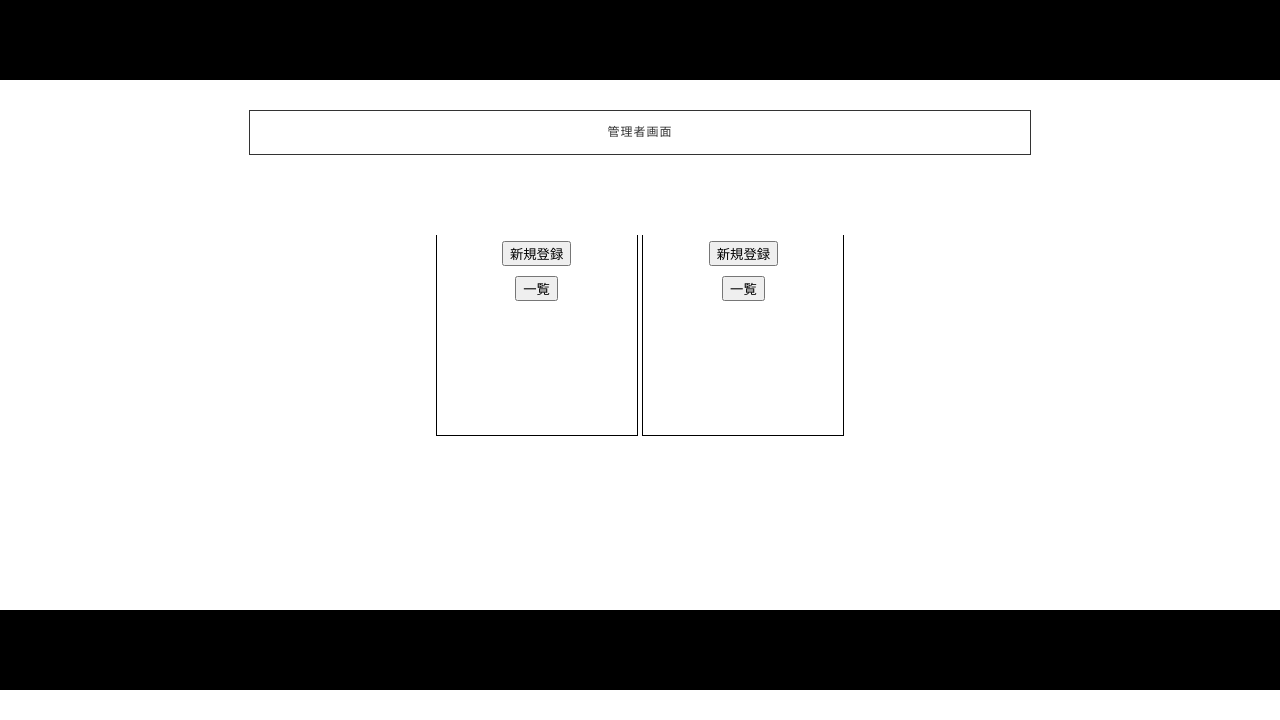
Repository: hiraide8/test
Page: http://localhost/ecsite/admin.jsp
These files come from the project's save history. The page is drawn as it stood at one moment and after the next save; the edit follows.
The browser window is 1280 px wide. The pictures show the whole page.
The page is served by Tomcat 9. Other server files are loaded and not shown.

Above is the page before, as saved 2019-01-23 11:17:57.

### ecsite/WebContent/admin.jsp
<%@ page language="java" contentType="text/html; charset=UTF-8"
    pageEncoding="UTF-8"%>
<%@ taglib prefix="s" uri="/struts-tags" %>
<!DOCTYPE html PUBLIC "-//W3C//DTD HTML 4.01 Transitional//EN" "http://www.w3.org/TR/html4/loose.dtd">
<html>
<head>
       <meta http-equiv="Content-Type" content="text/html; charset=UTF-8">
       <meta http-equiv="Content-Style-Type" content="text/css"/>
       <meta http-equiv="Content-Script-Type" content="text/javascript"/>
       <meta http-equiv="imagetoolbar" content="no"/>
       <meta name="descripttion" content=""/>
       <meta name="keywords" content=""/>
       <title>管理者画面</title>
       <style type="text/css">
       /* ========TAG LAYOUT======== */
                body{
                  margin:0;
                  padding:0;
                  line-height:1.6;
                  letter-spacing:1px;
                  font-family:Verdana,Helvetica,sans-serif;
                  font-size:12px;
                  color:#333;
                  background:#fff;
                }
                table{
                  text-align:center;
                  margin:0 auto;
                }
       /* ========ID LAYOUT======== */
                #top{
                  width:780px;
                  margin:30px auto;
                  border:1px solid #333;
                }
                #header{
                  width:100%;
                  height:80px;
                  background-color:black;
                }
                #main{
                  width:100%;
                  height:500px;
                  text-align:center;
                }
                #footer{
                  width:100%;
                  height:80px;
                  background-color:black;
                  clear:both;
                }
       /* ========CLASS LAYOUT======== */
                .aaa{
                  margin:0 auto;
                  display:inline-block;
                  margin-top:50px;
                  width:200px;
                  height:200px;
                  border-right:1px solid black;
                  border-left:1px solid black;
                  border-bottom:1px solid black;
                }
       </style>
</head>
<body>
       <div id="header">
               <div id="pr">
               </div>
       </div>
       <div id="main">
               <div id="top">
                       <p>管理者画面</p>
               </div>
               <div class="aaa">
                       <table>
                       <tr>
                       <td>
                       <s:form action="ItemCreateAction">
                                  <s:submit value="新規登録"/>
                       </s:form>
                       </td>
                       </tr>
                       <tr>
                       <td>
                       <s:form action="ItemListAction">
                                  <s:submit value="一覧"/>
                       </s:form>
                       </td>
                       </tr>
                       </table>
               </div>
               <div class="aaa">
                       <table>
                       <tr>
                       <td>
                       <s:form action="UserCreateAction">
                                  <s:submit value="新規登録"/>
                       </s:form>
                       </td>
                       </tr>
                       <tr>
                       <td>
                       <s:form action="UserListAction">
                                  <s:submit value="一覧"/>
                       </s:form>
                       </td>
                       </tr>
                       </table>
               </div>
       </div>
       <div id="footer">
               <div id="pr">
               </div>
       </div>
</body>
</html>

After the next save:
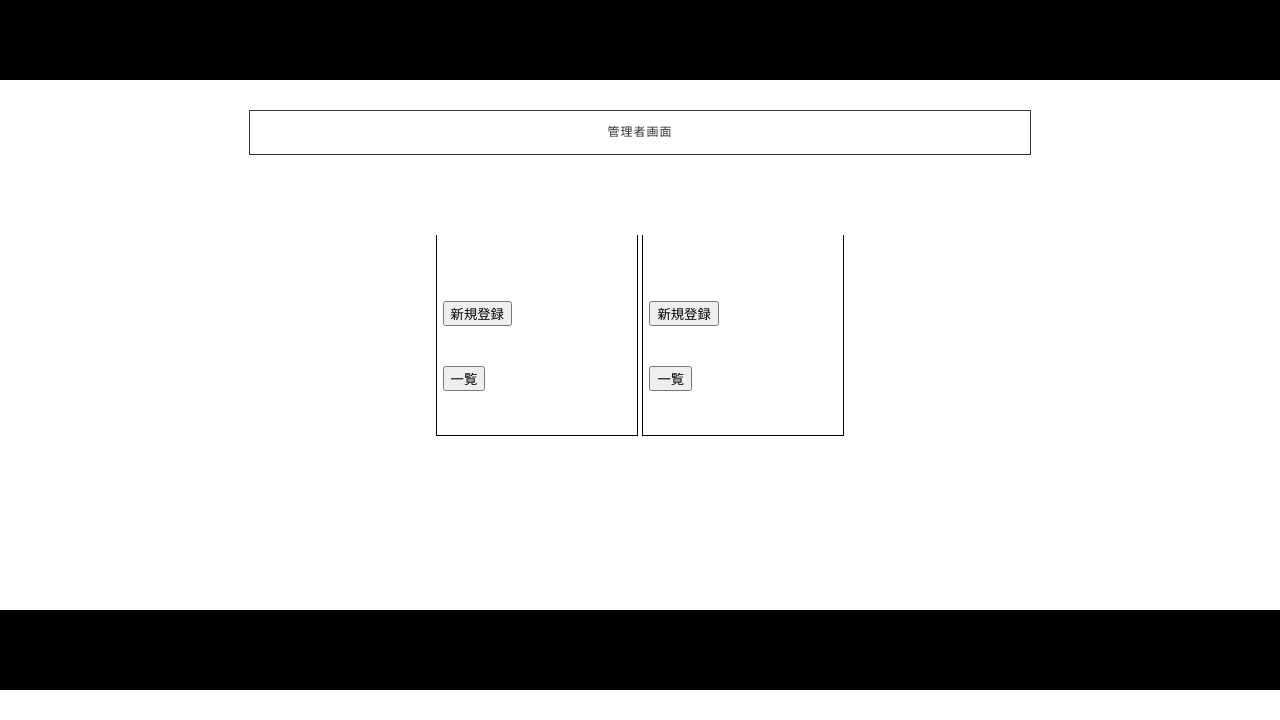
Saved 2 min 6 s later.
--- a/ecsite/WebContent/admin.jsp
+++ b/ecsite/WebContent/admin.jsp
@@ -25,7 +25,7 @@
                 }
                 table{
                   text-align:center;
-                  margin:0 auto;
+                  margin-top:30px;
                 }
        /* ========ID LAYOUT======== */
                 #top{
